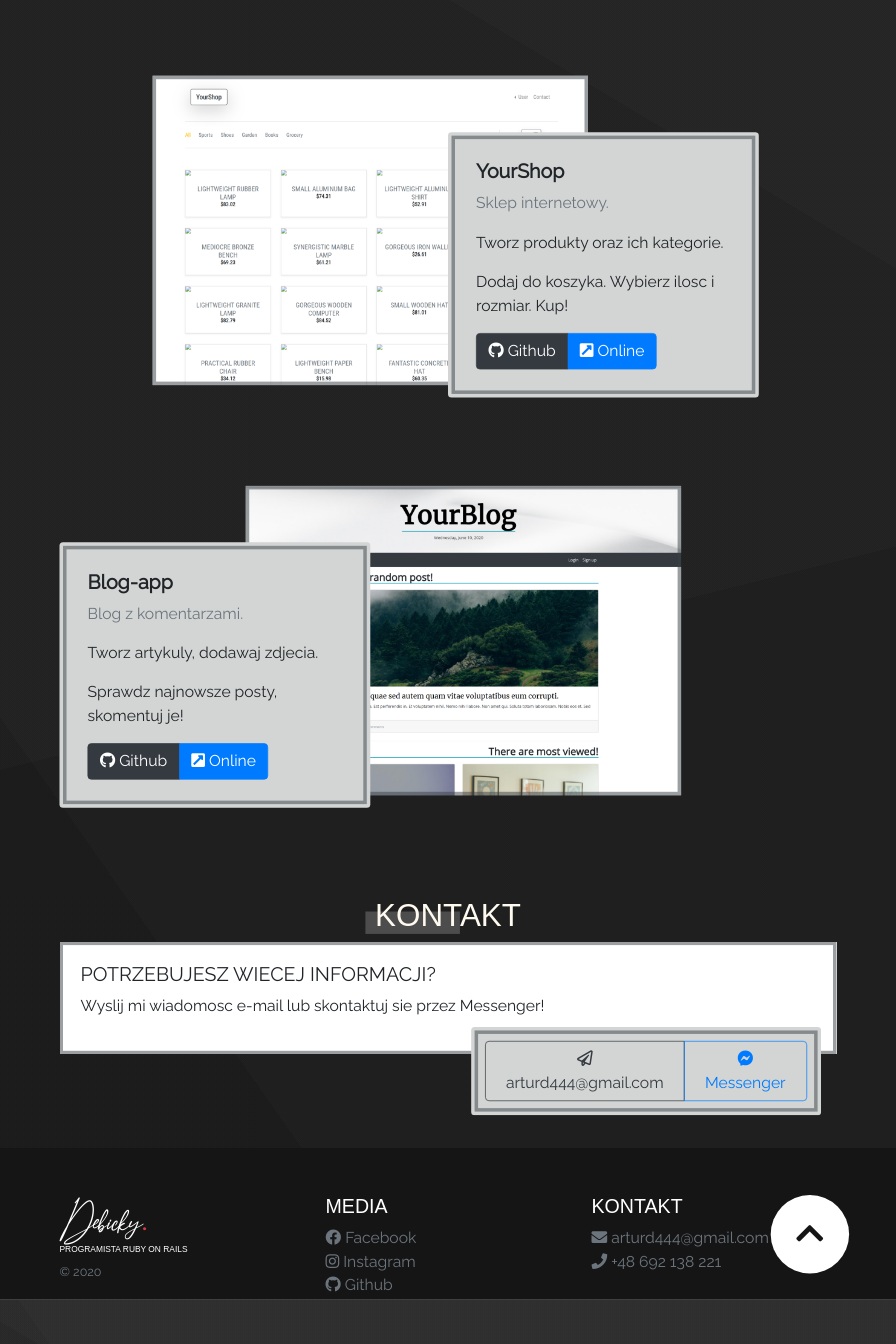
Repository: debicky/debicky.github.io
Page: index.html
These files come from the project's save history. The page is drawn as it stood at one moment and after the next save; the edit follows.
The browser window is 1280 px wide. The pictures show the part of the page from y = 2713 to 4633 px (the page is 4633 px tall), at 70% of full size.
Some web fonts or font styles are not loaded; a fallback is used. Some web libraries are served in a nearby version.

Above is the page before, as saved 2020-06-16 09:32:44.

After the next save:
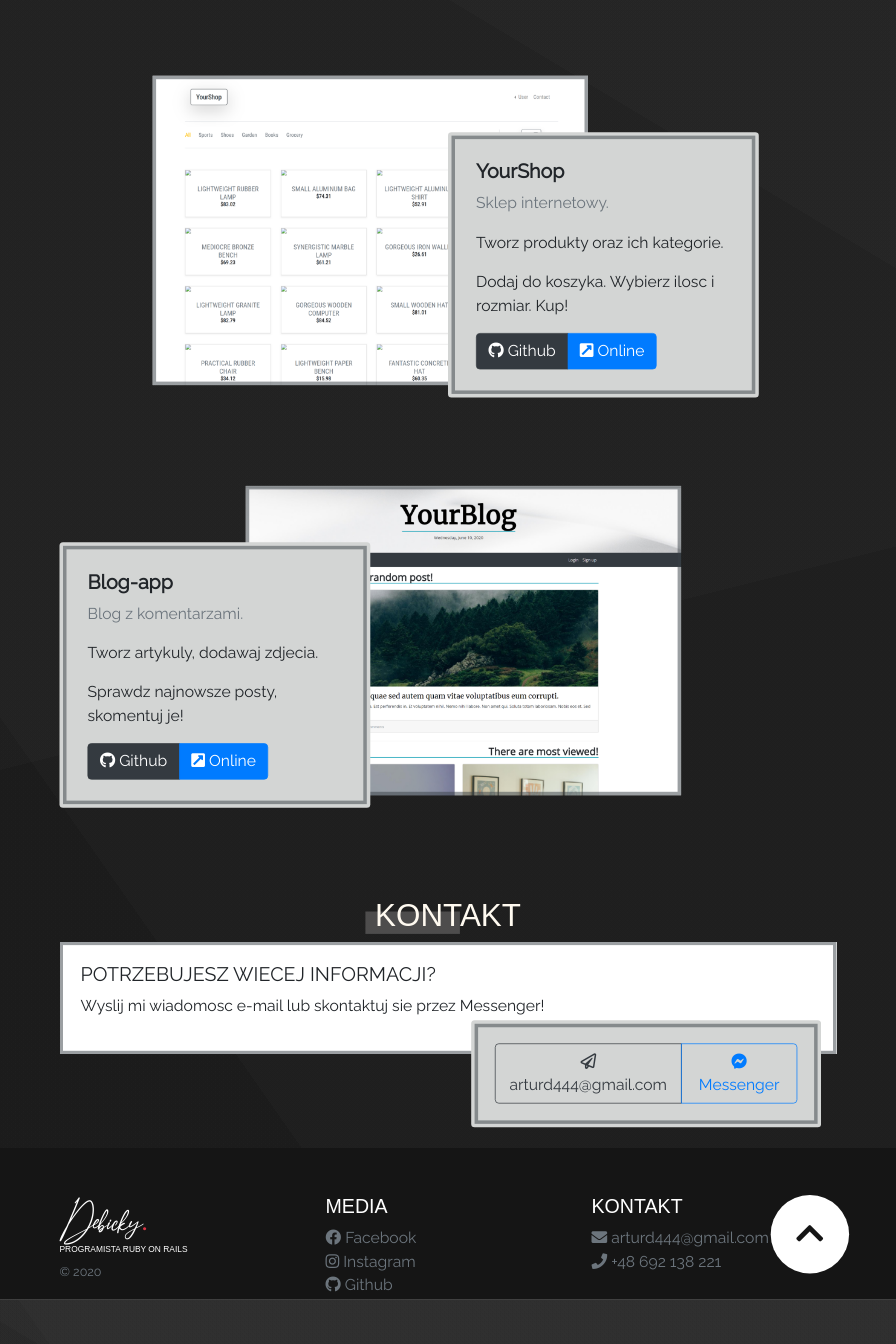
Saved 10 s later.
--- a/index.html
+++ b/index.html
@@ -164,7 +164,7 @@
           <h5 class="text-uppercase">Potrzebujesz wiecej informacji?</h5>
           <p>Wyslij mi wiadomosc e-mail lub skontaktuj sie przez Messenger!</p>
         </div>
-        <div class="minor-about-description btn-group p-">
+        <div class="minor-about-description btn-group p-md-4">
           <a href="mailto:arturd444@gmail.com" target="_blank" class="btn btn-outline-dark ">
             <i class="far fa-paper-plane"></i>
             arturd444@gmail.com

After the save that followed:
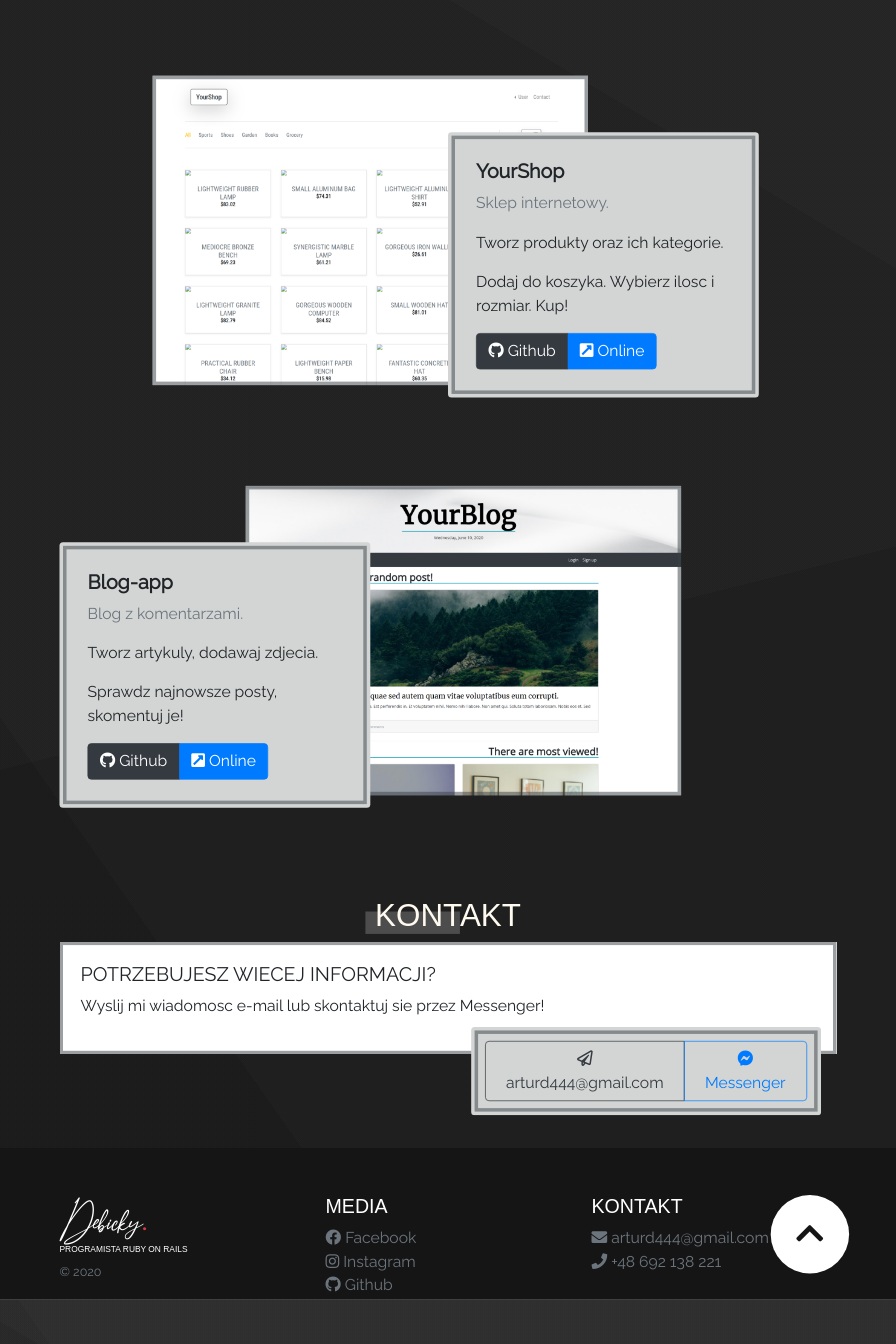
Saved 15 s later.
--- a/index.html
+++ b/index.html
@@ -164,7 +164,7 @@
           <h5 class="text-uppercase">Potrzebujesz wiecej informacji?</h5>
           <p>Wyslij mi wiadomosc e-mail lub skontaktuj sie przez Messenger!</p>
         </div>
-        <div class="minor-about-description btn-group p-md-4">
+        <div class="minor-about-description btn-group">
           <a href="mailto:arturd444@gmail.com" target="_blank" class="btn btn-outline-dark ">
             <i class="far fa-paper-plane"></i>
             arturd444@gmail.com
